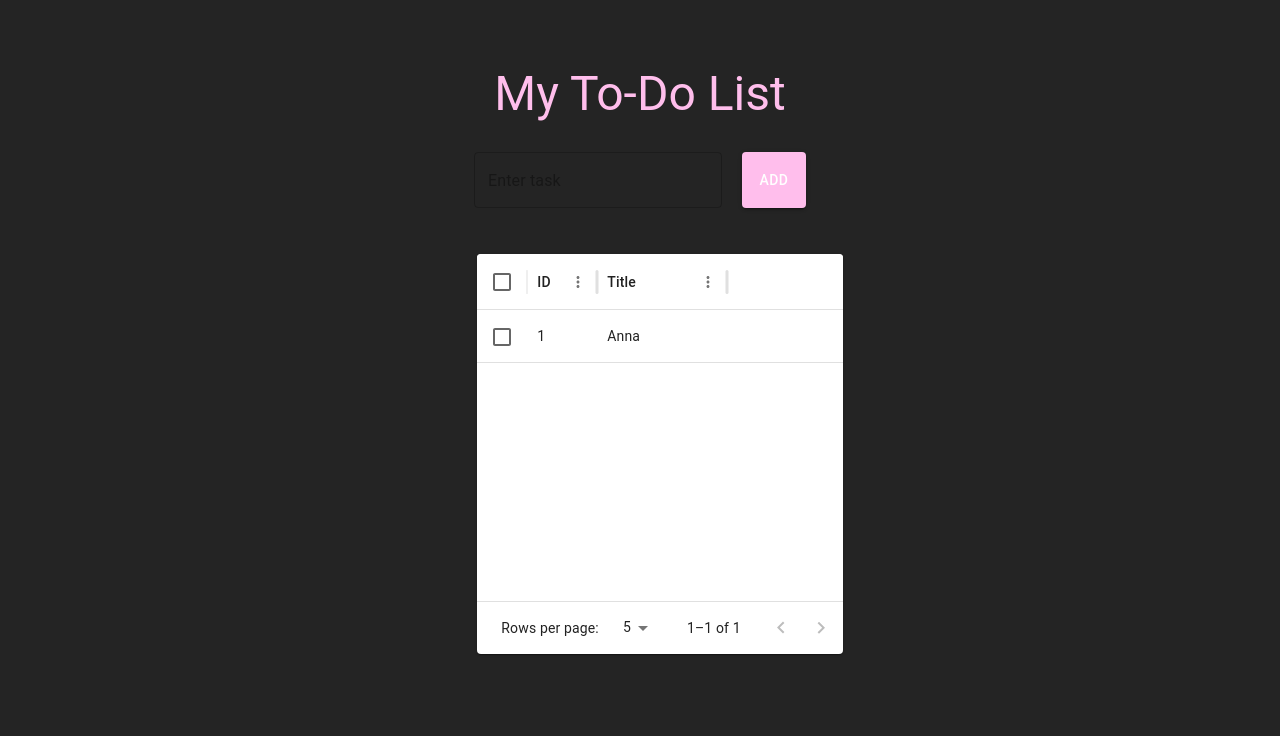
Repository: savannaaaas/ToDo_List
Page: /
These files come from the project's save history. The page is drawn as it stood at one moment and after the next save; the edit follows.
The browser window is 1280 px wide. The pictures show the whole page.
The project was rebuilt for these pictures with package versions that can differ from the ones it lists, and the page was loaded fresh each time. Also part of the build but not shown: vite.config.js.

Above is the page before, as saved 2025-08-09 00:42:06.

After the next save:
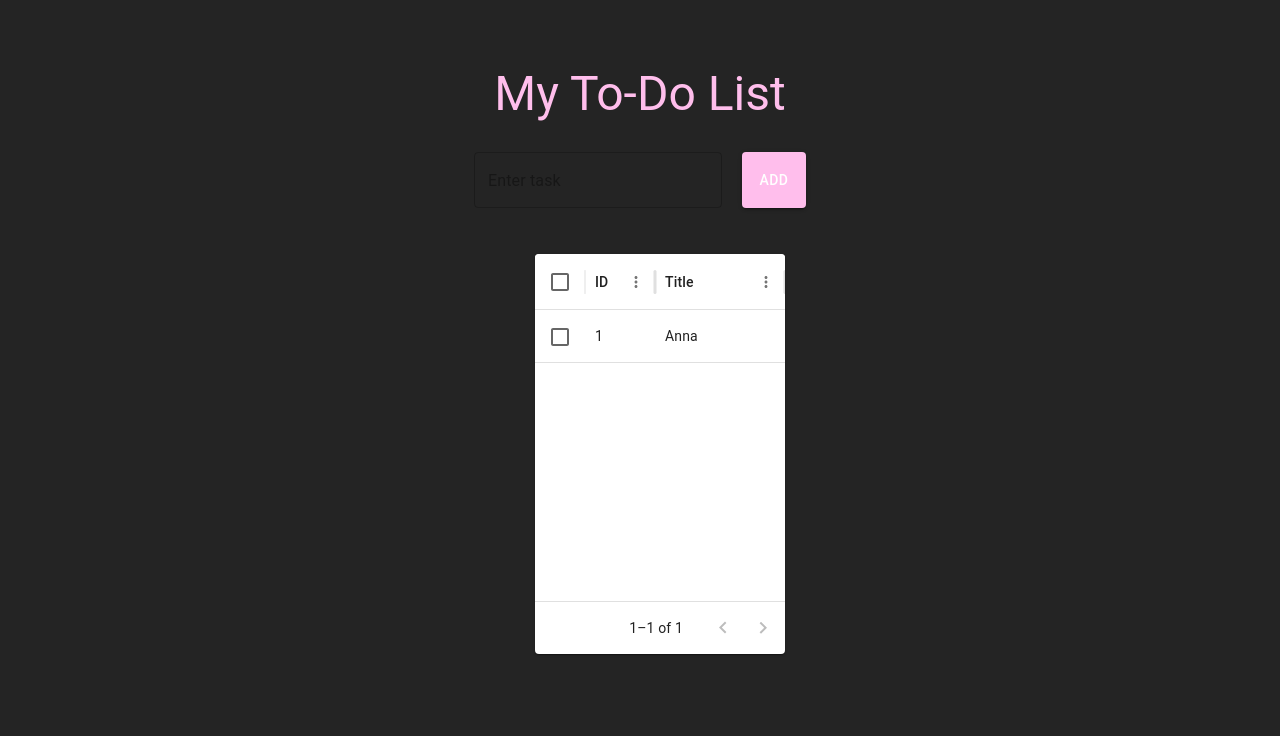
Saved 28 s later.
--- a/src/components/Task.jsx
+++ b/src/components/Task.jsx
@@ -20,7 +20,6 @@ export const Task = ({ task }) => {
         rows={rows}
         columns={columns}
         initialState={{ pagination: { paginationModel } }}
-        pageSizeOptions={[5, 10]}
         checkboxSelection
         sx={{ border: 0 }}
       />
